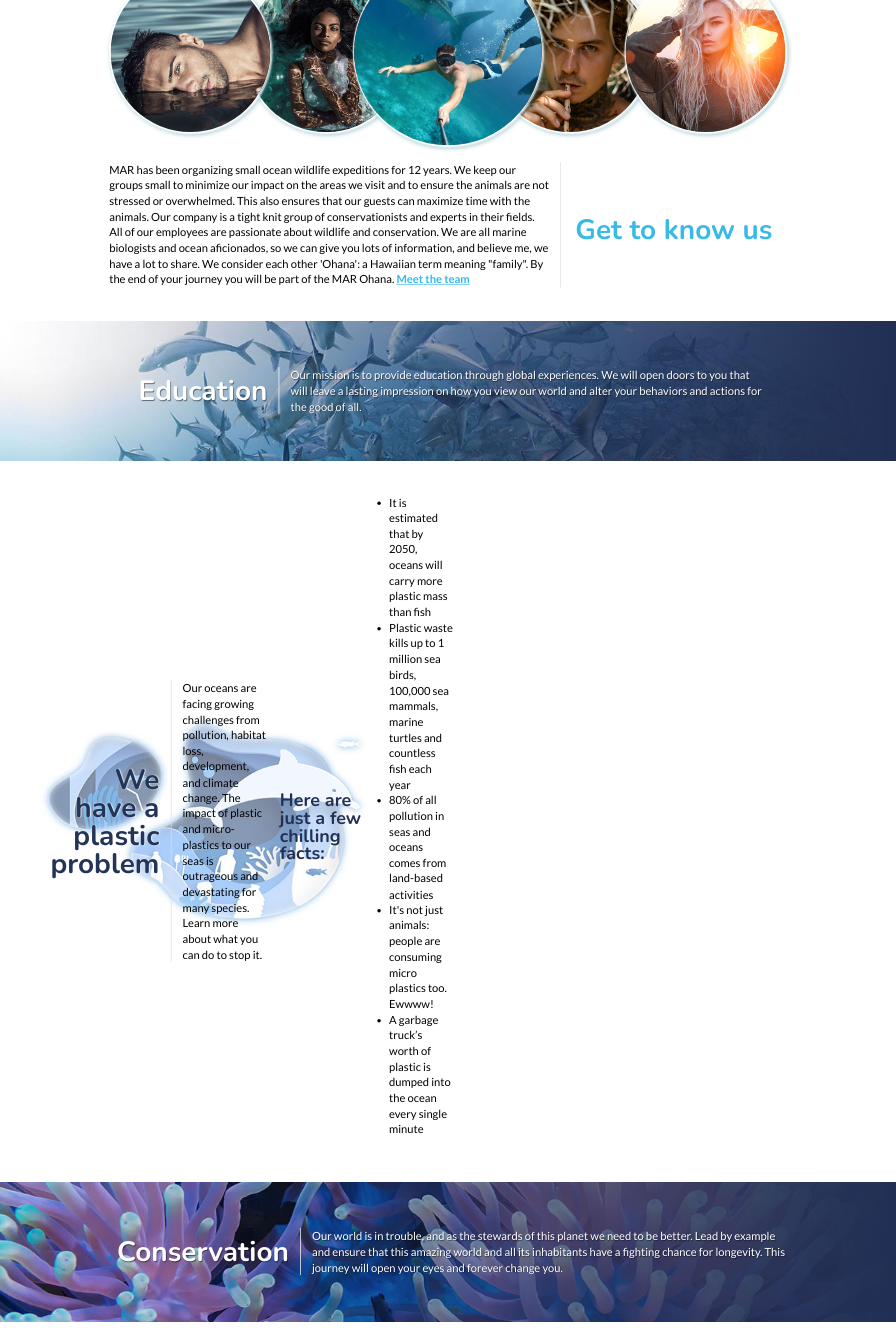
Repository: mariocapitbrok/css-combining-grid-and-flexbox-ch04
Page: 04_10/04_10_start.html
The author's editor kept a copy of each file at every save. The page is drawn from the files as they stood at one save, then again after the next save.
The browser window is 1280 px wide. The pictures show the part of the page from y = 2042 to 3962 px (the page is 3962 px tall before and 3332 px after), at 70% of full size.

Above is the page before, as saved 2022-10-10 20:28:22.

### 04_10/04_10_start.html
<!DOCTYPE html>
<html lang="en">
<head>
  <meta charset="UTF-8">
  <meta name="viewport" content="width=device-width, initial-scale=1.0">
  <meta http-equiv="X-UA-Compatible" content="ie=edge">
  <meta name="description" content="MAR is a fictional company, the concept and design was created by Emily Kay for use on the Grid and Flexbox training course with Linkedin Learning">
  <meta name="author" content="Concept and design by Emily Kay">

  <title>MAR, Marine Awareness Retreats | transformative ocean-based trips focused on altering perceptions and habits</title>

  <link rel="shortcut icon" type="image/x-icon" href="images/favicon.ico">
  <link rel="apple-touch-icon" href="images/favicon.png">
  <!-- load font awesome -->
  <link rel="stylesheet" href="https://cdnjs.cloudflare.com/ajax/libs/font-awesome/5.15.3/css/all.min.css">
  <!-- load google fonts -->
  <link href="https://fonts.googleapis.com/css2?family=Lato:ital,wght@0,300;0,400;0,700;1,300;1,400&family=Nunito:ital,wght@0,200;0,300;0,400;0,600;0,700;0,800;1,400&display=swap" rel="stylesheet">

  <link rel="stylesheet" href="styles/base.css">

</head>
<body>

  <!-- header / hero -->
  <header class="hero" id="home">
    <img src="images/ecoSystems.png" alt="ocean ecosystems">
    <article>
      <h1>Marine Awareness Retreats.</h1>
      <p>We are an organization focused on educating and raising awareness about the importance of our ocean’s ecosystems. We create life-altering experiences that literally change perceptions and perspectives. Join us for an incredible trip that will educate and forever change you.</p>
      <button>Learn more about our trips <i class="fas fa-angle-double-right"></i></button>
    </article>
  </header>

  <!-- navigation -->
  <section class="navWrap">
    <img src="images/marLogo.svg" alt="MAR logo" class="logo">
    <input type="checkbox" id="navToggle" class="navToggle">
    <label for="navToggle" class="navToggleLabel"><span></span></label>
    <nav>
      <ul>
        <li><a href="#home">Home</a></li>
        <li><a href="#team">About</a></li>
        <li><a href="#gallery">Gallery</a></li>
        <li><a href="#problem">Blog</a></li>
        <li><a href="#contact">Contact</a></li>
        <li><a href="#trips" class="btn">Book an experience</a></li>
      </ul>
    </nav>
  </section>


  <main>

  <!-- Trips -->
  <section class="trips" id="trips">
    <article>
      <h1>Our trips</h1>
      <p>We have trips worldwide; incredible experiences that will not only provide unique animal interactions but will also introduce you to local heroes that are making a difference in their communities each and every day. Our trips educate and connect you with conservationists that are making changes in small communities. Little steps with huge impacts!</p>
    </article>
    <ul class="tripList">
      <li>
        <img src="images/trip01.jpg" alt="humpback whales">
        <h3>Humpback Whales</h3>
        <p>Tonga is a special place to visit - and if you go at the right time, you will be forever changed by seeing these gentle giants swimming with babies and engaging in heat runs. The excitement level is high on this trip; there’s nothing like hearing the song of a humpback whale as he tries to encourage a female to mate with him. Conservation is top priority among the locals, who do their best to ensure that the whales have a safe place to mate and birth.</p>
        <a href="#">Whales in Tonga <i class="fas fa-angle-double-right"></i></a>
      </li>
      <li>
        <img src="images/trip02.jpg" alt="Great Barrier Reef">
        <h3>GB Reef</h3>
        <p>Sail to some of the most incredible islands and dive sites in the world. The Great Barrier Reef is the world’s largest living organism, stretching over 2,000 km down the eastern coast of Australia. This trip will allow you to ‘live’ on the reef. We will visit turtle conservatories, shark protected breeding grounds, and you’ll learn about measures that are being taken to preserve this treasure.</p>
        <a href="#">Sail the Reef <i class="fas fa-angle-double-right"></i></a>
      </li>
      <li>
        <img src="images/trip03.jpg" alt="Galapagos">
        <h3>Galapagos</h3>
        <p>This trip is an amazing opportunity to visit many of the islands in the archipelago. There is so much diversity and an abundance of wildlife that is found nowhere else on earth. We will spend 10 days with sharks, mantas, turtles, ocean iguanas and so much more. Learn about the unique conservation efforts and amazing animals found only in the Galapagos.</p>
        <a href="#">Diversity central <i class="fas fa-angle-double-right"></i></a>
      </li>
      <li>
        <img src="images/trip04.jpg" alt="Sharks">
        <h3>Sharks</h3>
        <p>Want to swim with sharks? This trip is for you. We will see tiger sharks, hammerheads, lemons and occasionally whale sharks. Not only will you have a thrill experiencing silent, graceful beauties swim right by you, you will also learn about the importance of sharks. These top-level predators are necessary for a healthy ocean and help keep all the other species healthy as well.</p>
        <a href="#">Sharks, sharks, sharks! <i class="fas fa-angle-double-right"></i></a>
      </li>
      <li>
        <img src="images/trip05.jpg" alt="Coral">
        <h3>Coral Restoration</h3>
        <p>Learn about coral re-growth and restoration. On this trip you will work with a team of coral specialists. You’ll see how they grow and care for the coral polyps, and once they are large enough, how each one is meticulously attached to the reef. You will help our team monitor assess the health of corals at various stages of growth and even be able to attach new coral to help the reef grow!</p>
        <a href="#">Thailand coral project <i class="fas fa-angle-double-right"></i></a>
      </li>
      <li>
        <img src="images/trip06.jpg" alt="Maldives">
        <h3>Maldives</h3>
        <p>Our Maldives experience combines adventure with cultural and sustainable travel. Our tours allow guests to learn about the Maldives, and its culture, beliefs, and traditions through the eyes of a local. You’ll stay in an overwater bungalow that overlooks a richly diverse lagoon. The island is a safe nesting site for Olive Ridley and Green Sea Turtles. You’ll also be able to work with locals, assisting with rescues and rehabilitation in this incredible ecosystem.</p>
        <a href="#">Culural ocean safari <i class="fas fa-angle-double-right"></i></a>
      </li>
    </ul>
  </section>

  <!-- CTA1 -->
  <section class="cta cta1">
    <h1>Experience</h1>
    <p>Our trips provide you with an opportunity to do more. You’ll experience cultural differences, learn about animals and people, and you’ll leave with your perceptions dramatically altered. Our local partners run an unforgettable journey. Come experience these magical moments that will stay with you for a lifetime!</p>
  </section>

  <!-- Team -->
  <section class="team" id="team">
    <h1>Get to know us</h1>
    <ul class="teamMembers">
      <li><img src="images/team01.jpg" alt="team member"></li>
      <li><img src="images/team02.jpg" alt="team member"></li>
      <li><img src="images/team03.jpg" alt="team member"></li>
      <li><img src="images/team04.jpg" alt="team member"></li>
      <li><img src="images/team05.jpg" alt="team member"></li>
    </ul>
    <p>MAR has been organizing small ocean wildlife expeditions for 12 years. We keep our groups small to minimize our impact on the areas we visit and to ensure the animals are not stressed or overwhelmed. This also ensures that our guests can maximize time with the animals. Our company is a tight knit group of conservationists and experts in their fields. All of our employees are passionate about wildlife and conservation. We are all marine biologists and ocean aficionados, so we can give you lots of information, and believe me, we have a lot to share. We consider each other 'Ohana': a Hawaiian term meaning "family". By the end of your journey you will be part of the MAR Ohana. <a href="#">Meet the team</a></p>
  </section>

  <!-- CTA2 -->
  <section class="cta cta2">
    <h1>Education</h1>
    <p>Our mission is to provide education through global experiences. We will open doors to you that will leave a lasting impression on how you view our world and alter your behaviors and actions for the good of all.</p>
  </section>

  <!-- Problem -->
  <section class="problem" id="problem">
    <h1>We have a plastic problem</h1>
    <p>Our oceans are facing growing challenges from pollution, habitat loss, development, and climate change. The impact of plastic and micro-plastics to our seas is outrageous and devastating for many species. Learn more about what you can do to stop it.</p>
    <h3>Here are just a few chilling facts:</h3>
    <ul>
      <li>It is estimated that by 2050, oceans will carry more plastic mass than fish</li>
      <li>Plastic waste kills up to 1 million sea birds, 100,000 sea mammals, marine turtles and countless fish each year</li>
      <li>80% of all pollution in seas and oceans comes from land-based activities</li>
      <li>It's not just animals: people are consuming micro plastics too. Ewwww!</li>
      <li>A garbage truck’s worth of plastic is dumped into the ocean every single minute</li>
    </ul>
    <img src="images/problem2.jpg" alt="dead sea turtle">
  </section>


  <!-- Actions -->


  <!-- CTA3 -->
  <section class="cta cta3">
    <h1>Conservation</h1>
    <p>Our world is in trouble, and as the stewards of this planet we need to be better. Lead by example and ensure that this amazing world and all its inhabitants have a fighting chance for longevity. This journey will open your eyes and forever change you.</p>
  </section>

  <!-- Photo Gallery -->

  </main>


  <!-- Footer -->
  <footer>

  <!-- Contact Form -->

  <!-- Social Media -->

  <!-- Contact Info -->

  </footer>
</body>
</html>

### 04_10/styles/base.css
/*

TABLE OF CONTENTS

  1. Global styles
  2. Hero
  3. Navigation
  4. Trips
  5. CTA
  6. Team
  7. Problem
    7a. Actions
  8. Gallery
  9. Footer
    9a. Contact
    9b. Connect
  10. Media Queries
    10a. Media Query, (min-width: 700px)
      10a-i. Hero
      10a-ii. Navigation, Large screen
      10a-iii. Trips, Large screen
      10a-iv. CTA summaries, Large screen rules
      10a-v. Team, Large screen rules
      10a-vi. Problem
    10b. Media Query, (min-width: 1000px)

*/

/* ############ 1. Global Styles ############ */
 article, aside, details, figcaption, figure, footer, header, hgroup, menu, nav, section {
   display: block;
}

 * {
   padding: 0;
   margin: 0;
   box-sizing: border-box;
   font-size: 100%;
 }

 body > * {
   font-family: 'Lato', sans-serif;
   line-height: 1.4;
 }

 img {
   max-width: 100%;
   height: auto;
 }

 h1, h2, h3, h4 {
   font-family: 'Nunito', sans-serif;
   line-height: 1;
 }

 h1 {
   font-size: 2.5rem;
 }

 h2 {
   font-size: 2rem;
 }

 h3 {
   font-size: 1.6rem;
 }

 h4 {
   font-size: 1.4rem;
 }

 p {
   line-height: 1.4;
 }

a {
  color: #36bae6;
  font-weight: bold;
}

a:hover {
  color: #e06630;
}

i {
  padding-left: .5rem;
}

/* ############ 2. Hero ############ */
.hero {
  background: url("../images/header1_sm.jpg") no-repeat center right;
  background-size: cover;
  color: #fff;
  font-size: 20px;
  text-align: center;
  display: grid;
  grid-template-columns: 10px 2fr 10px;
  grid-template-rows: .5fr 1fr 20px;
  grid-gap: 20px;
 }

.hero img {
  margin: auto;
  padding-top: 1rem;
  grid-column: 2 / 3;
  grid-row: 1 / 2;
}

.hero article {
  grid-column: 2 / 3;
  grid-row: 2 / 3;
}

.hero h1 {
  font-size: 2rem;
  text-transform: uppercase;
}

.hero button {
  background-color: #fff;
  border: none;
  border-radius: 4px;
  color: #2abadf;
  font-size: 1rem;
  padding: 5px 10px;
  margin: .75rem auto 0;
}


/* ############ 3. Navigation ############ */
.logo {
  max-width: 90px;
 }

.navWrap {
  position: sticky;/*  ** note the menu will not be sticky until we add more page content */
  top: 0;
  z-index: 99;
  height: 48px;
  width: 100%;
  background-color: #212f54;
  border-bottom: 1px solid #e0e5eb;
  box-shadow: 0px 1px 8px #223055;
  padding: 0 1.5rem;
  display: flex;
  align-items: center;
  justify-content: space-between;
}

input#navToggle {
  display: none;
}

input#navToggle ~ label {
  position: relative;
  padding: 0.25rem;
  width: 2rem;
  height: 1.25rem;
  height: 2rem;
}

input#navToggle ~ label > span,
input#navToggle ~ label > span::before,
input#navToggle ~ label > span::after {
  content: "";
  display: block;
  position: absolute;
  top: .75rem;
  height: 0.125rem;
  width: 1.75rem;
  opacity: 1;
  background: #fff;
  transition: 0.14s ease-in-out;
}

input#navToggle ~ label > span::before {
  top: -0.5rem;
}

input#navToggle ~ label > span::after {
  top: 0.5rem;
}

#navToggle:checked ~ label > span {
  width: 0;
  background: rgba(18, 18, 18, 0);
}

#navToggle:checked ~ label > span::before {
  transform: rotateZ(45deg);
  top: 0;
}

#navToggle:checked ~ label > span::after {
  transform: rotateZ(-45deg);
  top: 0;
}

#navToggle:checked ~ nav {
  left: 0;
}

nav {
  position: absolute;
  z-index: -1;
  top: 3.0rem;
  left: -110%;
  width: 100%;
  transition: 0.22s ease-in-out;
}

nav::after {
  content: "";
  position: absolute;
  top: 0;
  z-index: -1;
  height: 100vh;
  width: 100vw;
  background-color: #13b1e7;
  background-size: cover;
}

nav ul {
    list-style-type: none;
}

nav ul li a {
  display: inline-block;
  text-decoration: none;
  width: 100%;
  padding: .75rem 1rem;
  color: #fff;
  border-bottom: solid 1px rgba(255,255,255,.5);
  transition: 0.14s ease-in-out;
}

nav ul li a:hover {
  color: #36bae6;
  background: #e0e5eb;
}

nav ul li:last-of-type::before {
  content: "";
  display: block;
  padding: .5rem;
  }

nav .btn {
  background: #fff;
  border-bottom: none;
  border-radius: 4px;
  box-shadow: inset 0 0 5px #eeb80c;
  color: #223054;
  width: 40%;
  padding: 0.25rem .6rem;
  letter-spacing: 1px;
  text-shadow: 0 0 1px rgb(19,177,231);
  display: flex;
  justify-content: center;
  margin: auto;
}

nav .btn:hover {
  background-color: #223054;
  box-shadow: inset 0 0 5px #13b1e7;
  color: #fff;
}

/* ############ 4. Trips ############ */
.trips {
  padding: 1rem;
  margin: auto;
  max-width: 1200px;
}

.trips article {
  margin: 2rem auto;
  width: 80%;
  max-width: 1000px;
}

.trips h1 {
  color: #3abadf;
  font-size: 3rem;
  margin-left: 1rem;
}

.trips article p {
  border-left: solid 1px #dedede;
  padding-left: 1rem;
}

.tripList {
  list-style-type: none;
  display: grid;
  grid-template-columns: repeat(auto-fit, minmax(260px, 1fr));
  grid-gap: 1rem;
}

.tripList li {
  background-color: rgba(255,255,255,.9);
  border-radius: 6px;
  border: solid 1px #dedede;
  box-shadow: 0 2px 5px rgba(0,0,0,0.1);
  padding: 1.8rem;
  display: grid;
  grid-template-columns: 1fr;
  grid-template-rows: auto minmax(140px, 1fr) auto;
}

.tripList h3, .tripList img {
  grid-row: 1 / 2;
  grid-column: 1;
}

.tripList h3 {
  background-color: rgba(255,255,255,.5);
  color: #fff;
  padding: .5rem;
  margin-bottom: 1rem;
  text-align: center;
  text-shadow: 1px 1px 2px rgba(51,51,51,.7);
  align-self: end;
}

.trips a {
  border-radius: 3px;
  background-color: #39bae6;
  color: #fff;
  height: 2rem;
  margin-top: 1rem;
  text-decoration: none;
  display: flex;
  justify-content: center;
  align-items: center;
}

.trips a:hover {
  background-color: #333;
}


/* ############ 5. CTA ############ */
.cta {
  background-repeat: no-repeat;
  background-position: center center;
  background-size: cover;
  color: #fff;
  margin: 2rem auto;
  padding: 2rem;
  text-shadow: 1px 1px 1px rgb(0 0 0 / 50%);
}

.cta1 {
  background-image: url("../images/ctaBG1_sm.jpg");
}

.cta2 {
  background-image: url("../images/ctaBG2_sm.jpg");
}

.cta3 {
  background-image: url("../images/ctaBG3_sm.jpg");
}

.cta h1 {
  margin-left: 1rem;
}

.cta p {
  border-left: solid 1px #fff;
  padding-left: 1rem;
  max-width: 700px;
}


/* ############ 6. Team ############ */
.team {
  margin: 1rem;
}

.team h1 {
  text-align: center;
  color: #39bae6;
}

.team p {
  margin-bottom: 1rem;
}

.teamMembers {
  list-style-type: none;
  margin: 1rem 0;
  display: grid;
  grid-template-columns: repeat(10, 1fr);
  align-items: center;
}

.teamMembers li {
  grid-row: 1 / 2;
}

.teamMembers li:nth-child(1) {
  grid-column: 1 / 4;
  order: 1;
}

.teamMembers li:nth-child(2) {
  grid-column: 3 / 6;
}

.teamMembers li:nth-child(3) {
  grid-column: 4 / 8;
  order: 1;
  text-align: center;
}

.teamMembers li:nth-child(4) {
  grid-column: -3 / 6;
  text-align: right;
}

.teamMembers li:nth-child(5) {
  grid-column: -4 / -1;
  text-align: right;
}

.teamMembers li:hover {
  order: 2;
}

.teamMembers img {
  border-radius: 50%;
  width: 80%;
  box-shadow: 1px 1px 3px #fff, 2px 2px 6px rgb(28 121 138 / 50%);
  border: solid 2px rgba(255,255,255,.8);
}

.teamMembers li:nth-child(3) img {
  width: 70%;
}


/* ############ 7. Problem ############ */
section.problem {
  padding: 1rem;
  margin: auto;
}

.problem h1 {
  margin-left: 1rem;
  color: #35b1e8;
}

.problem h1 ~ p {
  border-left: solid 1px #dedede;
  padding-left: 1rem;
}

.problem h3 {
  margin: 1rem 0 0 1rem;
  color: #223055;
}

.problem ul {
  margin: 0 0 1rem 3rem;
}

.problem img {
  margin: auto;
  display: block;
}

/* ############ 7a. Problem > Action ############ */


/* ############ 8. Gallery ############ */


/* ######### 9. Footer ######### */

/* ######### 9a. Footer > Contact ######### */

/* ######### 9b. Footer > Connect ######### */


/* ############ 10. Media Queries ############ */

/* ############ 10a. Media Query, (min-width: 700px) ############ */
@media screen and (min-width: 700px) {
  /* ######### 10a-i. HERO, Large screen rules ######### */
  header.hero {
    background: url(../images/header1_lg.jpg) no-repeat center left;
    background-size: cover;
    text-align: left;
    grid-template-columns: repeat(6, 1fr);
    grid-template-rows: .25fr 1fr .25fr;
    align-items: center;
  }

  .hero img {
    margin: 0 0 0 auto;
    grid-row: 2 / 3;
  }

  .hero article {
   max-width: 1000px;
   grid-column: 3 / 6;
  }

/* ######### 10a-ii. Navigation, Large screen rules ######### */
  .navWrap {
    display: grid;
    grid-template-columns: 100px minmax(auto, 1100px);
    justify-content: center;
    height: auto;
  }

  .navToggleLabel {
    display: none;
  }

  nav {
    position: initial;
  }

  nav ul {
    display: flex;
    justify-content: flex-end;
    align-items: center;
  }

  nav ul li a {
    border-bottom: none;;
  }

  nav ul li a:hover {
    background: transparent;
  }

  nav::after, nav ul li:last-of-type::before {
    display: none;
    padding: initial;
  }

  nav .btn {
    width: auto;
    background: #13b1e7;
    color: #fff;
    letter-spacing: normal;
    text-shadow: none;
    box-shadow: none;
  }

  nav.btn:hover {
    box-shadow: inset 0 0 5px #13b1e7;
    background-color: #223054;
  }

/* ######### 10a-iii. Trips, Large screen rules ######### */
  .tripList {
  grid-template-columns: repeat(auto-fit, minmax(300px, 1fr));
  }

  .trips article {
   width: 90%;
   display: flex;
   align-items: center;
  }

  .trips h1 {
    margin: 0 1rem 0 0;
  }

  .trips p {
    flex: 3;
  }

/* ######### 10a-iv. CTA summaries, Large screen rules ######### */
  .cta {
    min-height: 200px;
    display: flex;
    align-items: center;
    justify-content: center;
  }

  .cta1 {
    background-image: url("../images/ctaBG1_lg.jpg");
  }

  .cta2 {
    background-image: url("../images/ctaBG2_lg.jpg");
  }

  .cta3 {
    background-image: url("../images/ctaBG3_lg.jpg");
  }

  .cta h1 {
    margin-right: 1rem;
  }

/* ######### 10a-v. Team, Large screen rules ######### */
  .team {
    max-width: 1000px;
    margin: auto;
    padding: 0 1rem;
    display: grid;
    grid-template-columns: 1fr .5fr;
    grid-template-rows: repeat(2, auto);
  }

  .team h1 {
    order: 2;
    grid-column: 2 / -1;
    align-self: center;
  }

  .teamMembers {
    order: 1;
    grid-column: 1 / -1;
  }

  .team p {
    border-right: solid 1px #dedede;
    padding-right: 1rem;
    order: 2;
    grid-column: 1 / 2;
    grid-row: 2 / 3;
  }

  /* ######### 10a-vi. Problem, Large screen rules ######### */

  section.problem {
    background: url(../images/problem1.png) no-repeat center left;
    max-width: 1200px;
    display: grid;
    grid-template-columns: repeat(8, 1fr);
    align-items: center;
  }

  .problem h1 {
    color: #233458;
    padding-right: 1rem;
    text-align: right;
    text-shadow: 1px 1px 2px #fff;
  }

  .problem h1 ~ p, .problem h3, .problem ul {
  }

  .problem ul {
    margin-left: 2rem;
    padding-right: 1rem;
  }

  .problem img {
    display: none;
  }


}

/* ############ 10b. Media Query, (min-width: 1000px) ############ */
@media screen and (min-width: 1000px) {

}

After the next save:
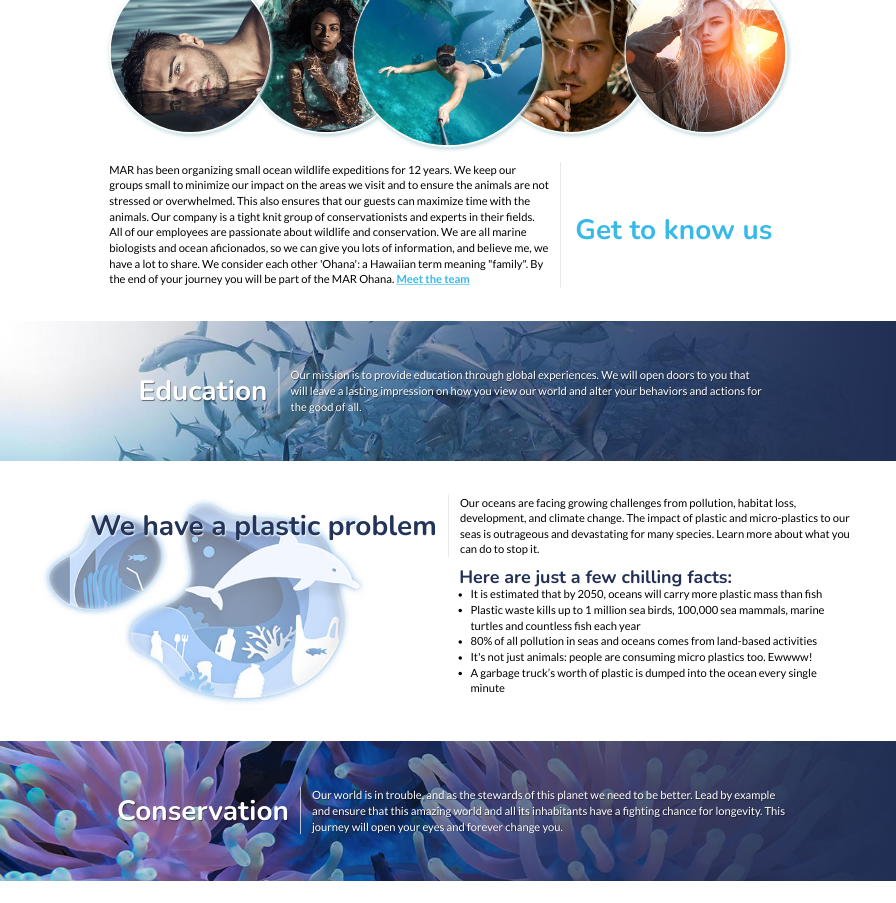
Saved 83 s later.
--- a/04_10/styles/base.css
+++ b/04_10/styles/base.css
@@ -644,9 +644,11 @@ section.problem {
     padding-right: 1rem;
     text-align: right;
     text-shadow: 1px 1px 2px #fff;
+    grid-column: 1 / 5;
   }
 
   .problem h1 ~ p, .problem h3, .problem ul {
+    grid-column: 5 / -1;
   }
 
   .problem ul {
